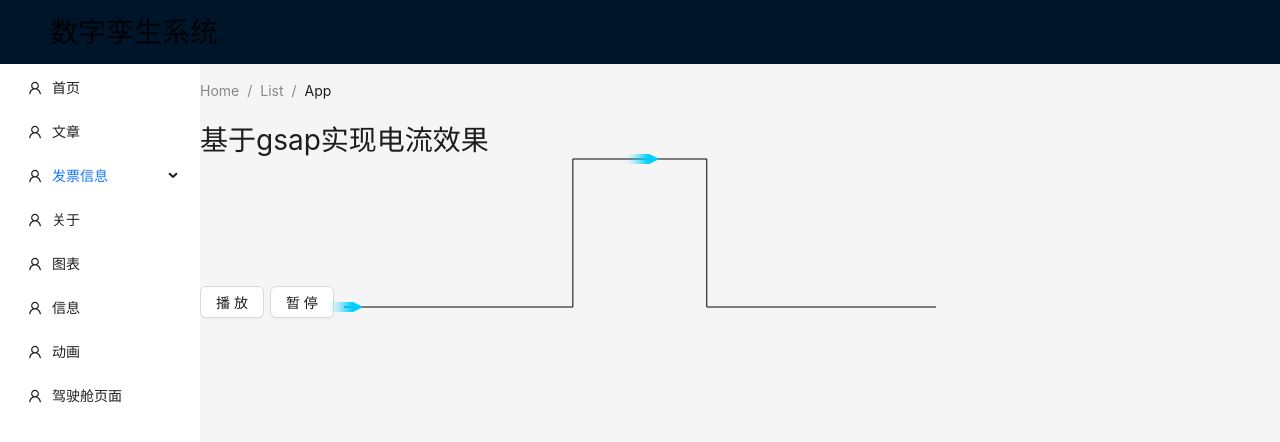
Repository: HailiePan/webpack-react-practice
Page: /animation
An editor plug-in stored every save of this project. The page is shown before and after a run of saves, followed by the edit.
The browser window is 1280 px wide. The pictures show the whole page.
The project was rebuilt for these pictures with package versions that can differ from the ones it lists, and the page was loaded fresh each time. Also part of the build but not shown: src/pages/Animation/component/ScrollAnimation/index.jsx, src/pages/Home.jsx, src/pages/Invoices/index.jsx, src/pages/Invoices/Invoice.jsx, src/pages/Invoices/Pending.jsx, src/pages/Invoices/Complete.jsx, src/components/CommonBox/index.less, src/components/CommonBox/index.jsx and 27 more.

Above is the page before, as saved 2024-01-24 16:43:36.

After the next 2 saves:
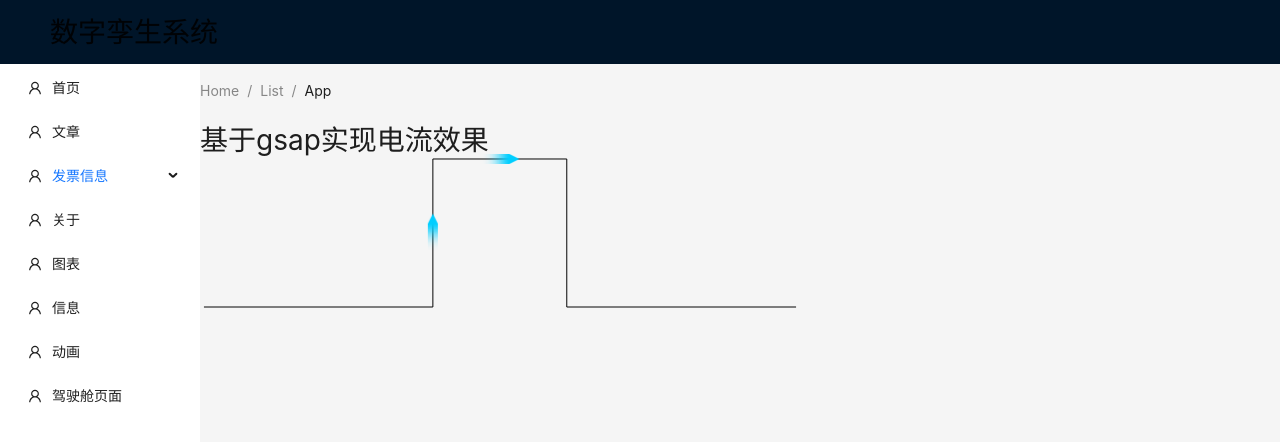
The 2 saves are shown as one change because they came seconds apart.
The last was saved 20 s later.
--- a/src/pages/Animation/component/ImitateElectricity/index.jsx
+++ b/src/pages/Animation/component/ImitateElectricity/index.jsx
@@ -17,7 +17,7 @@ export default function ImitateElectricity() {
 
   // 注册插件
   gsap.registerPlugin(MotionPathPlugin);
-  const tl = gsap.timeline({ paused: true });
+  const tl = gsap.timeline();
 
   useEffect(() => {
     gsap.set([jiantou.current, jiantou2.current], { scale: 0.5, autoAlpha: 1 });
@@ -56,19 +56,9 @@ export default function ImitateElectricity() {
     // gsap.registerPlugin(MotionPathPlugin, MotionPathHelper)
   }, []);
 
-  const handleClickMove = () => {
-    tl.play();
-  };
-
-  const handleClickSuspend = () => tl.pause();
-
   return (
     <div>
       <h1>基于gsap实现电流效果</h1>
-      <Button onClick={() => handleClickMove()}>播放</Button>
-      <Button onClick={() => handleClickSuspend()} style={{ margin: '0 6px' }}>
-        暂停
-      </Button>
       {/* svg路径必须是path */}
       <svg class={styles.motionPath} viewBox="0 0 600 152">
         <path fill="none" stroke="#000" d="m0,151h231.97V1h135.69v150h232.35" />
